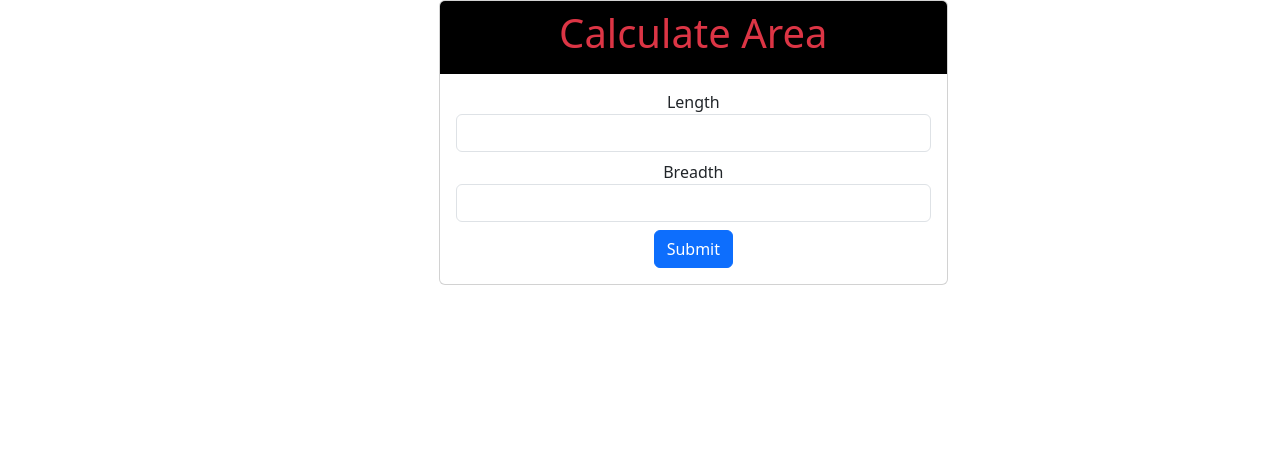
Repository: Laxman-Nath/Servlet_JSP
Page: http://localhost/Area/
An editor plug-in stored every save of this project. The page is shown before and after the next save, followed by the edit.
The browser window is 1280 px wide. The pictures show the whole page.
The page is served by Tomcat 9. Other server files are loaded and not shown.

Above is the page before, as saved 2024-09-02 11:08:10.

### Area/src/main/webapp/Area.jsp
<%@ page language="java" contentType="text/html; charset=UTF-8"
	pageEncoding="UTF-8"%>
<!DOCTYPE html>
<html>
<head>
<meta charset="UTF-8">
<title>Area</title>
<link
	href="https://cdn.jsdelivr.net/npm/bootstrap@5.3.3/dist/css/bootstrap.min.css"
	rel="stylesheet"
	integrity="sha384-QWTKZyjpPEjISv5WaRU9OFeRpok6YctnYmDr5pNlyT2bRjXh0JMhjY6hW+ALEwIH"
	crossorigin="anonymous">
</head>
<body>
<div class="container-fluid mt-120">
<div class="row">
<div class="col-md-5 offset-md-4">
    <div class="card">
    <div class="card-header bg-black"><h1 class="text-center text-danger ">Calculate Area</h1></div>
    <div class="card-body text-center">
	<form action="AreaServlet" method="post">
		<div class="mb-2">
		<label class="">Length</label><input class="form-control" type="number" name="length" required>
		</div>
		<div class="mb-2">
		<label class="">Breadth</label><input class="form-control" type="number" name="breadth" required>
		</div>
		<button type="submit" class="btn btn-primary">Submit</button>
	</form>
	</div>
</div>
</div>
</div>
</div>
</body>
<script
	src="https://cdn.jsdelivr.net/npm/bootstrap@5.3.3/dist/js/bootstrap.bundle.min.js"
	integrity="sha384-YvpcrYf0tY3lHB60NNkmXc5s9fDVZLESaAA55NDzOxhy9GkcIdslK1eN7N6jIeHz"
	crossorigin="anonymous"></script>
</html>

After the next save:
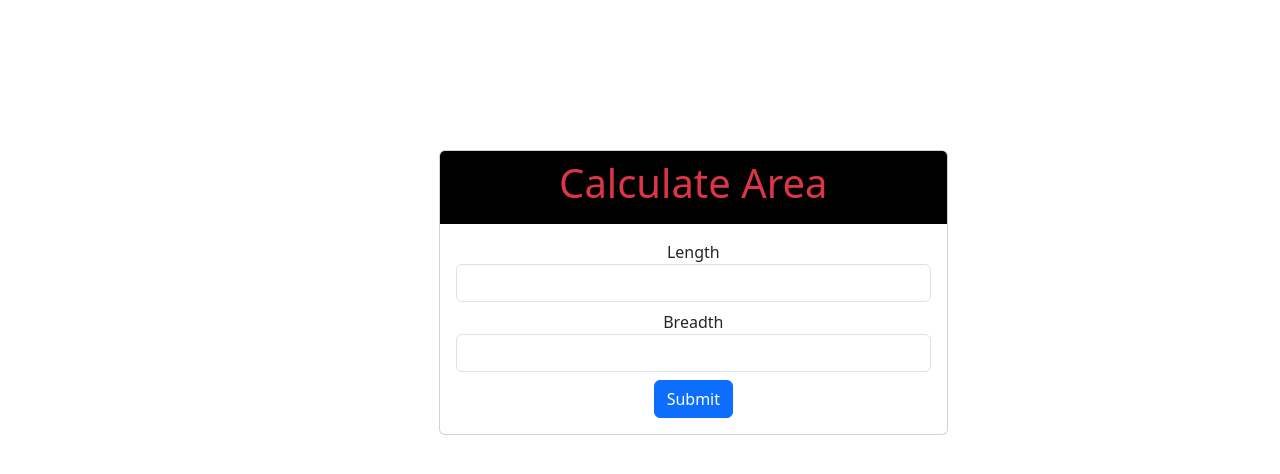
Saved 30 s later.
--- a/Area/src/main/webapp/Area.jsp
+++ b/Area/src/main/webapp/Area.jsp
@@ -12,7 +12,7 @@
 	crossorigin="anonymous">
 </head>
 <body>
-<div class="container-fluid mt-120">
+<div class="container-fluid" style="margin-top:150px;">
 <div class="row">
 <div class="col-md-5 offset-md-4">
     <div class="card">
